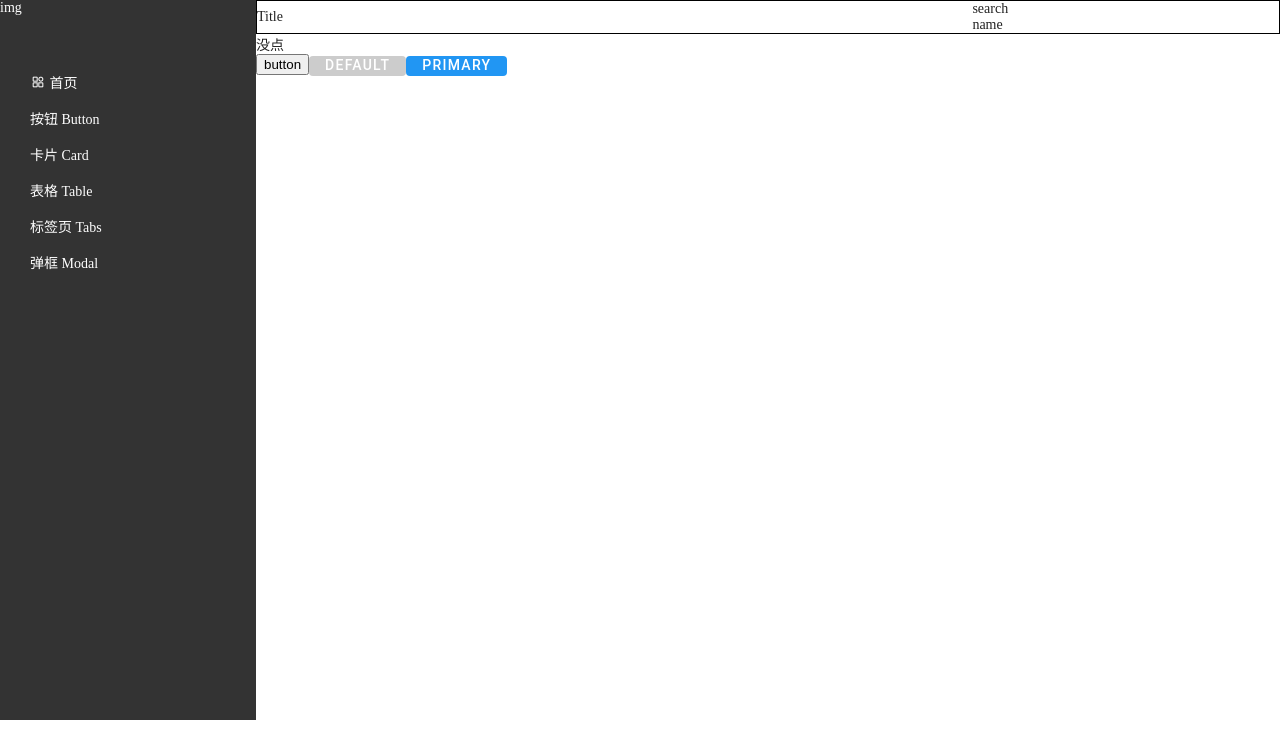
Repository: wyhsunflower/koalaUI
Page: /
The author's editor kept a copy of each file at every save. The page is drawn from the files as they stood at one save, then again after the next save.
The browser window is 1280 px wide. The pictures show the whole page.
The project was rebuilt for these pictures with package versions that can differ from the ones it lists, and the page was loaded fresh each time. Also part of the build but not shown: webpack.config.js, src/components/Modal/Modal.vue. Imported but missing from the stored project, and not drawn on this page: src/views/go/go2.vue.

Above is the page before, as saved 2020-03-12 22:01:31.

After the next save:
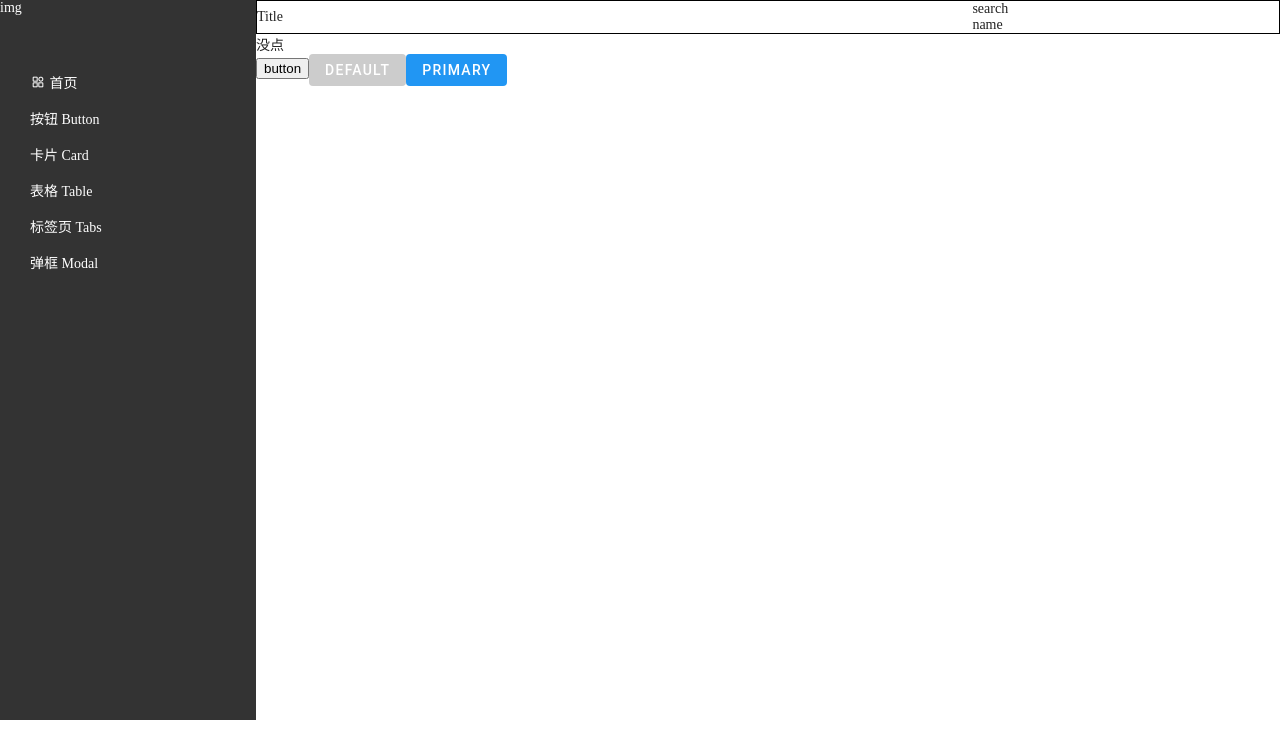
Saved 77 s later.
--- a/src/styles/global.scss
+++ b/src/styles/global.scss
@@ -38,7 +38,7 @@ body {
     min-width: 64px;
     border: none;
     outline: none;
-    line-height: 1.4;
+    line-height: 1;
     -webkit-user-select: none;
     -moz-user-select: none;
     -ms-user-select: none;
@@ -52,4 +52,5 @@ body {
     min-width: 4.5rem;
     font-family: Roboto,Helvetica Neue,sans-serif;
     color: #fff;
+    height: 2.25em;
 }
